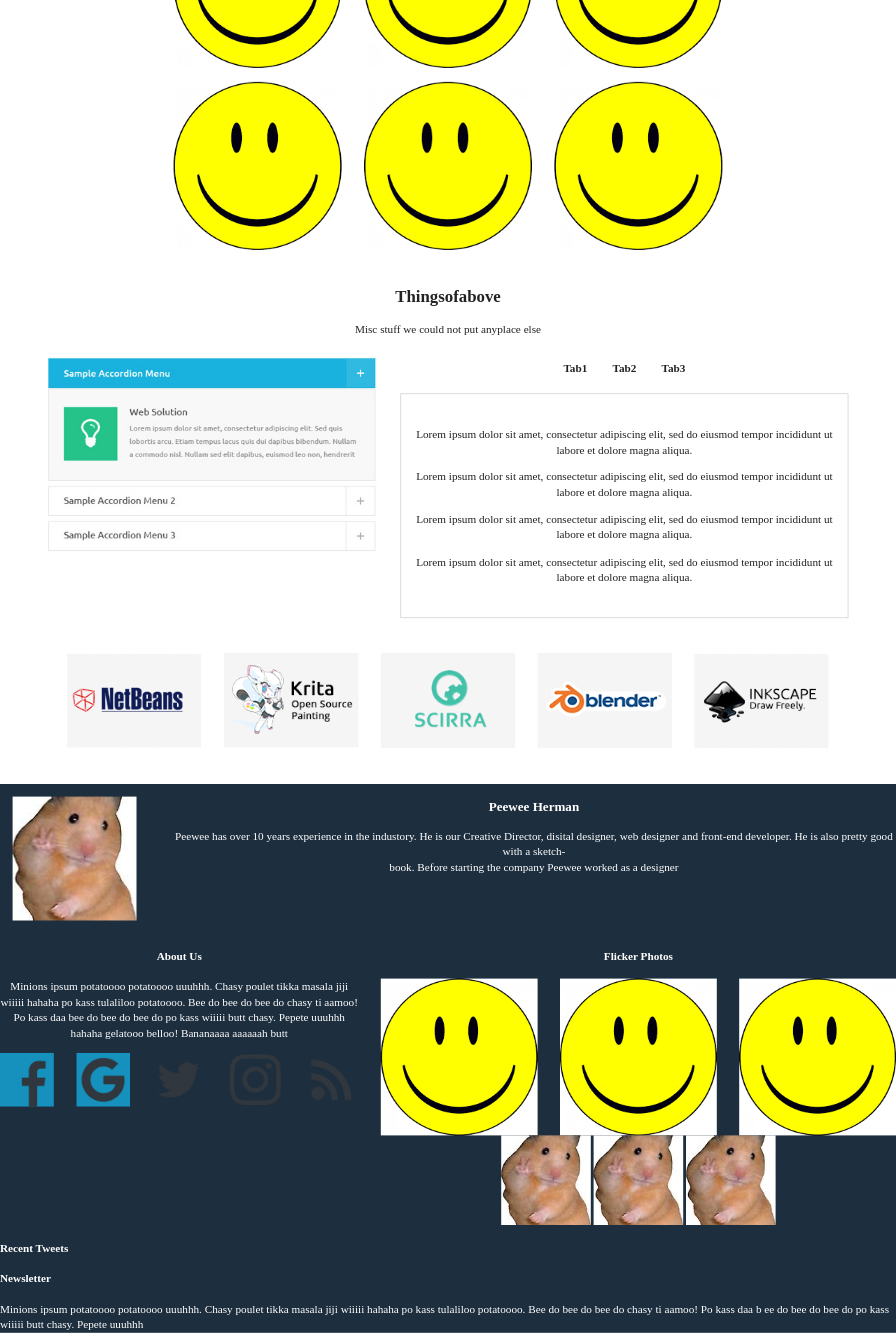
Repository: KanaKimishima/project1-responsive
Page: index.html
The author's editor kept a copy of each file at every save. The page is drawn from the files as they stood at one save, then again after a run of saves.
The browser window is 1280 px wide. The pictures show the part of the page from y = 1850 to 3770 px (the page is 3770 px tall), at 70% of full size.

Above is the page before, as saved 2023-02-06 22:39:22.

After the next 2 saves:
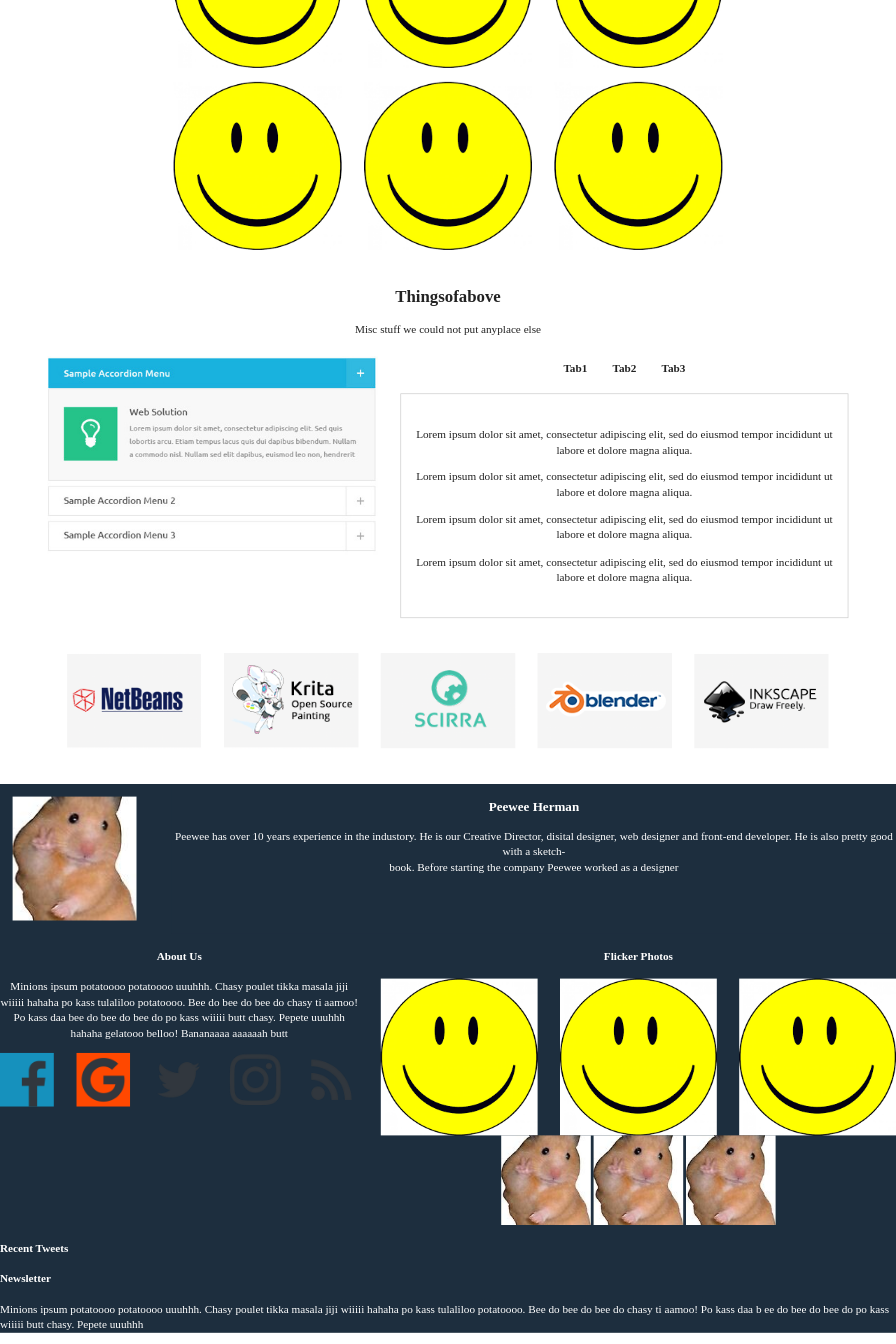
The 2 saves are shown as one change because they came seconds apart.
The last was saved 12 s later.
--- a/css/main.css
+++ b/css/main.css
@@ -196,7 +196,7 @@
 }
 
 .google {
-  background-color: #1691bd;
+  background-color: #ff4800;
 }
 
 
